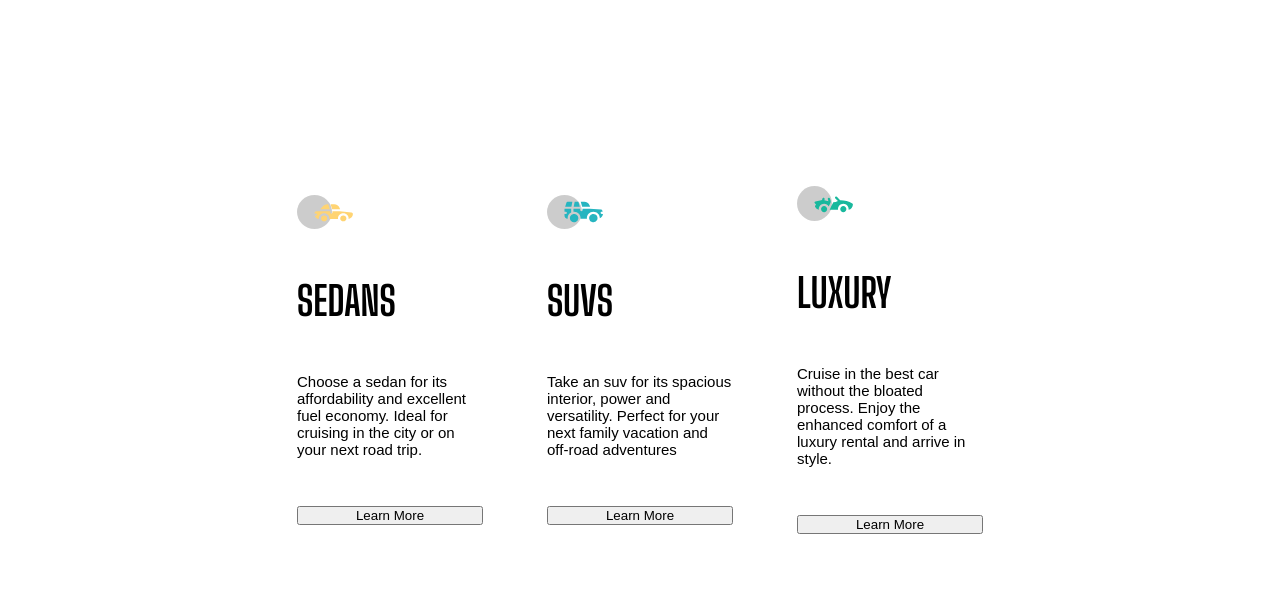
Repository: UnegbuAbigail/3-columns-cards
Page: index.html
An editor plug-in stored every save of this project. The page is shown before and after a run of saves, followed by the edit.
The browser window is 1280 px wide. The pictures show the whole page.

Above is the page before, as saved 2024-08-03 14:27:28.

After the next 5 saves:
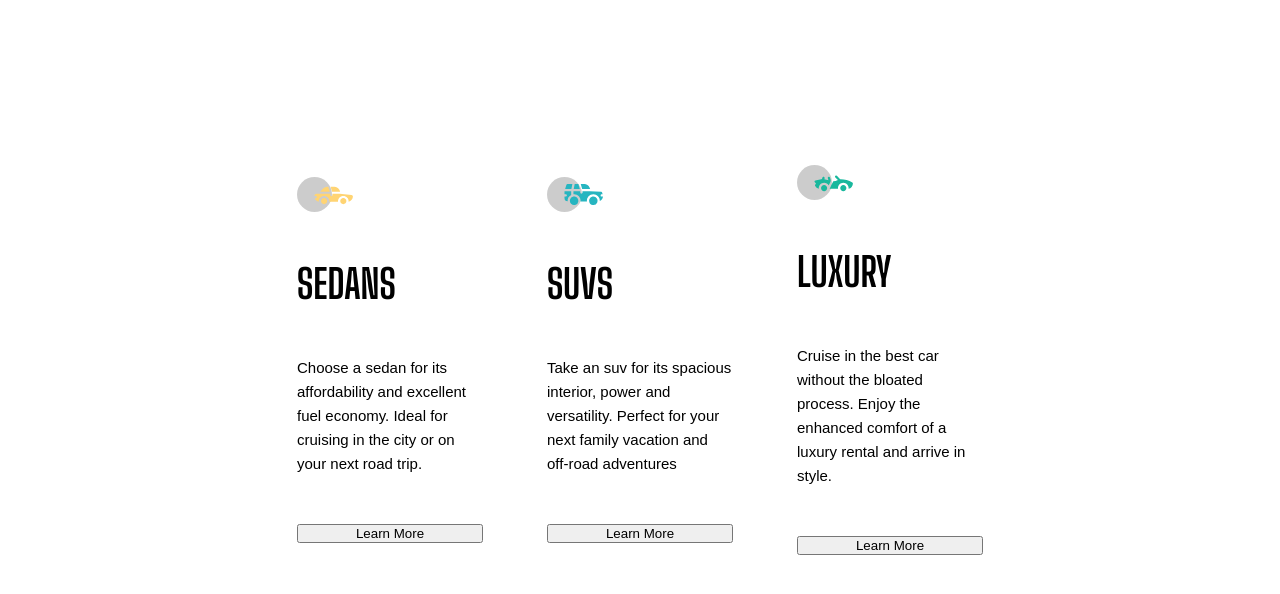
The 5 saves are shown as one change because they came seconds apart.
The last was saved 20 s later.
--- a/style.css
+++ b/style.css
@@ -69,5 +69,5 @@ p{
     font-family: var(--ff-lexand-deca);
     font-weight: 400;
     width: 186px;
-
+    line-height: 1.5rem;
 }
